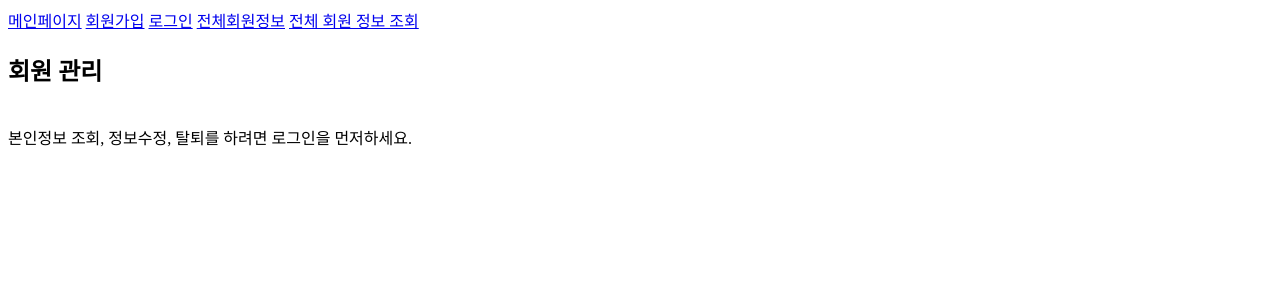
Repository: fellownew/web_workspace
Page: http://localhost/BankSystem_FrontController/
The author's editor kept a copy of each file at every save. The page is drawn from the files as they stood at one save, then again after the next save.
The browser window is 1280 px wide. The pictures show the whole page.
The page is served by Tomcat 9. Nobody is signed in. The application's start-up code is not run.

Above is the page before, as saved 2015-04-02 06:28:28.

After the next save:
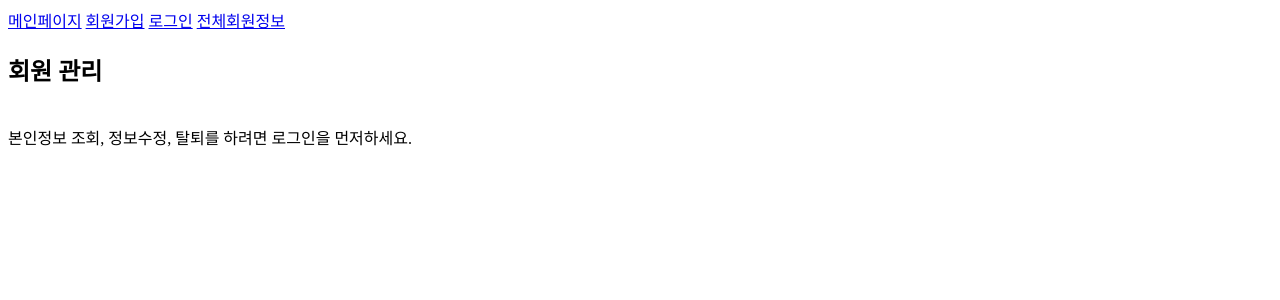
Saved 58 s later.
--- a/BankSystem_FrontController/WebContent/WEB-INF/view/menu.jsp
+++ b/BankSystem_FrontController/WebContent/WEB-INF/view/menu.jsp
@@ -6,7 +6,7 @@ if(loginInfo==null){
 <a href="/MemberManager_team1/index.jsp">메인페이지</a>
 <a href="/MemberManager_team1/controller?command=link&path=/WEB-INF/view/member/register_form.jsp">회원가입</a>
 <a href="/MemberManager_team1/controller?command=link&path=/WEB-INF/view/member/login_form.jsp">로그인</a>
-<a href="/MemberManager_team1/controller?command=memberAllList">전체회원정보</a>
+
 
 <%}else{ %>
 
@@ -16,4 +16,4 @@ if(loginInfo==null){
 <a href="/MemberManager_team1/controller?command=logout">로그아웃</a>
 <a href="/MemberManager_team1/controller?command=removeMember.jsp">회원탈퇴</a>
 <%}%>
-<a href="/MemberManager_team1/controller?command=link&path=/WEB-INF/view/member/member_list.jsp">전체 회원 정보 조회</a>
+<a href="/MemberManager_team1/controller?command=memberAllList">전체회원정보</a>
